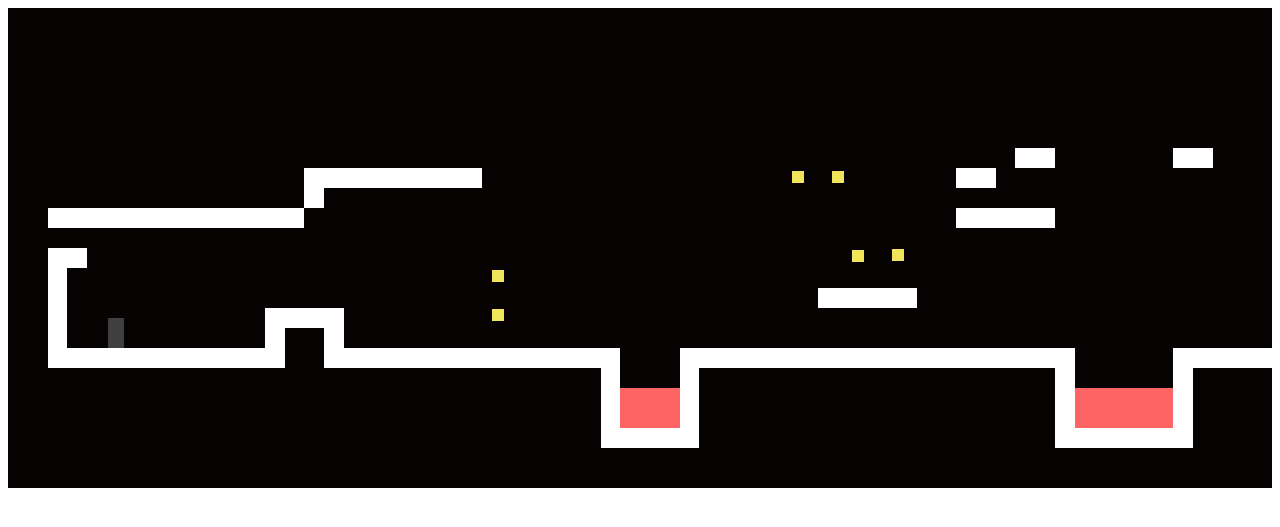
Repository: luccas-teddy/examenlucas
Page: index.html
An editor plug-in stored every save of this project. The page is shown before and after the next save, followed by the edit.
The browser window is 1280 px wide. The pictures show the whole page.

Above is the page before, as saved 2021-02-11 22:08:34.

### index.html
<!doctype html>
<script src="code/chapter/16_game.js"></script>
<script src="code/levels.js"></script>

<link rel="stylesheet" href="css/game.css">

<body>
  <script>
    runGame(GAME_LEVELS, DOMDisplay);
  </script>
</body>

### code/levels.js
var GAME_LEVELS = [`
................................................................................
................................................................................
................................................................................
................................................................................
................................................................................
................................................................................
..................................................................###...........
...................................................##......##....##+##..........
...............#########...............o.o......##..................#+++#..
...............#..................................................##+##..........
..#############.................................#####....................#v#....
............................................................................##..
..##......................................o.o................................#..
..#.....................o....................................................#..
..#......................................#####.............................o.#..
..#..........####.......o....................................................#..
..#..@.......#..#................................................#####.......#..
..############..###############...####################.....#######...#########..
..............................#...#..................#.....#....................
..............................#+++#..................#+++++#....................
..............................#+++#..................#+++++#....................
..............................#####..................#######....................
................................................................................
................................................................................
`,`
................................................................................
................................................................................
....###############################.............................................
...##.............................##########################################....
...#.......................................................................##...
...#....o...................................................................#...
...#................................................=.......................#...
...#.o........################...................o..o...........|........o..#...
...#.........................#..............................................#...
...#....o....................##########.....###################....##########...
...#..................................#+++++#.................#....#............
...###############....oo......=o.o.o..#######.###############.#....#............
.....#...............o..o.............#.......#......#........#....#............
.....#....................#############..######.####.#.########....########.....
.....#.............########..............#...........#.#..................#.....
.....#..........####......####...#####################.#..................#.....
.....#........###............###.......................########....########.....
.....#.......##................#########################......#....#............
.....#.......#................................................#....#............
.....###......................................................#....#............
.......#...............o...........................................#............
.......#...............................................o...........#............
.......#########......###.....############.........................##...........
.............#..................#........#####....#######.o.........########....
.............#++++++++++++++++++#............#....#.....#..................#....
.............#++++++++++++++++++#..........###....###...####.o.............#....
.............####################..........#........#......#.....|.........#....
...........................................#++++++++#......####............#....
...........................................#++++++++#.........#........@...#....
...........................................#++++++++#.........##############....
...........................................##########...........................
................................................................................
`,`
......................................#++#........................#######....................................#+#..
......................................#++#.....................####.....####.................................#+#..
......................................#++##########...........##...........##................................#+#..
......................................##++++++++++##.........##.............##...............................#+#..
.......................................##########++#.........#....................................o...o...o..#+#..
................................................##+#.........#.....o...o....................................##+#..
.................................................#+#.........#................................###############++#..
.................................................#v#.........#.....#...#........................++++++++++++++##..
.............................................................##..|...|...|..##............#####################...
..............................................................##+++++++++++##............v........................
...............................................................####+++++####......................................
...............................................#.....#............#######........###.........###..................
...............................................#.....#...........................#.#.........#.#..................
...............................................#.....#.............................#.........#....................
...............................................#.....#.............................##........#....................
...............................................##....#.............................#.........#....................
...............................................#.....#......o..o.....#...#.........#.........#....................
...............#######........###...###........#.....#...............#...#.........#.........#....................
..............##.....##.........#...#..........#.....#.....######....#...#...#########.......#....................
.............##.......##........#.o.#..........#....##...............#...#...#...............#....................
.....@.......#.........#........#...#..........#.....#...............#...#...#...............#....................
....###......#.........#........#...#..........#.....#...............#...#####...######......#....................
....#.#......#.........#.......##.o.##.........#.....#...............#.....o.....#.#.........#....................
++++#.#++++++#.........#++++++##.....##++++++++##....#++++++++++.....#.....=.....#.#.........#....................
++++#.#++++++#.........#+++++##.......##########.....#+++++++##+.....#############.##..o.o..##....................
++++#.#++++++#.........#+++++#....o.................##++++++##.+....................##.....##.....................
++++#.#++++++#.........#+++++#.....................##++++++##..+.....................#######......................
++++#.#++++++#.........#+++++##.......##############++++++##...+..................................................
++++#.#++++++#.........#++++++#########++++++++++++++++++##....+..................................................
++++#.#++++++#.........#++++++++++++++++++++++++++++++++##.....+..................................................
`,`
..............................................................................................................
..............................................................................................................
..............................................................................................................
..............................................................................................................
..............................................................................................................
........................................o.....................................................................
..............................................................................................................
........................................#.....................................................................
........................................#.....................................................................
........................................#.....................................................................
........................................#.....................................................................
.......................................###....................................................................
.......................................#.#.................+++........+++..###................................
.......................................#.#.................+#+........+#+.....................................
.....................................###.###................#..........#......................................
......................................#...#.................#...oooo...#.......###............................
......................................#...#.................#..........#......#+++#...........................
......................................#...#.................############.......###............................
.....................................##...##......#...#......#................................................
......................................#...#########...########..............#.#...............................
......................................#...#...........#....................#+++#..............................
......................................#...#...........#.....................###...............................
.....................................##...##..........#.......................................................
......................................#...#=.=.=.=....#............###........................................
......................................#...#...........#...........#+++#.......................................
......................................#...#....=.=.=.=#.....o......###.......###..............................
.....................................##...##..........#.....................#+++#.............................
..............................o...o...#...#...........#.....#................##v........###...................
......................................#...#...........#..............#.................#+++#..................
.............................###.###.###.###.....o.o..#++++++++++++++#...................v#...................
.............................#.###.#.#.###.#..........#++++++++++++++#........................................
.............................#.............#...#######################........................................
.............................##...........##.........................................###......................
..###.........................#.....#.....#.........................................#+++#................###..
..#.#.........................#....###....#..........................................###.................#.#..
..#...........................#....###....#######........................#####.............................#..
..#...........................#...........#..............................#...#.............................#..
..#...........................##..........#..............................#.#.#.............................#..
..#.......................................#.......|####|....|####|.....###.###.............................#..
..#................###.............o.o....#..............................#.........###.....................#..
..#...............#####.......##..........#.............................###.......#+++#..........#.........#..
..#...............o###o.......#....###....#.............................#.#........###..........###........#..
..#................###........#############..#.oo.#....#.oo.#....#.oo..##.##....................###........#..
..#......@..........#.........#...........#++#....#++++#....#++++#....##...##....................#.........#..
..#############################...........#############################.....################################..
..............................................................................................................
..............................................................................................................
`,`
..................................................................................................###.#.......
......................................................................................................#.......
..................................................................................................#####.......
..................................................................................................#...........
..................................................................................................#.###.......
..........................o.......................................................................#.#.#.......
.............................................................................................o.o.o###.#.......
...................###................................................................................#.......
.......+..o..+................................................#####.#####.#####.#####.#####.#####.#####.......
.......#.....#................................................#...#.#...#.#...#.#...#.#...#.#...#.#...........
.......#=.o..#............#...................................###.#.###.#.###.#.###.#.###.#.###.#.#####.......
.......#.....#..................................................#.#...#.#...#.#...#.#...#.#...#.#.....#.......
.......+..o..+............o..................................####.#####.#####.#####.#####.#####.#######.......
..............................................................................................................
..........o..............###..............................##..................................................
..............................................................................................................
..............................................................................................................
......................................................##......................................................
...................###.........###............................................................................
..............................................................................................................
..........................o.....................................................#......#......................
..........................................................##.....##...........................................
.............###.........###.........###.................................#..................#.................
..............................................................................................................
.................................................................||...........................................
..###########.................................................................................................
..#.........#.o.#########.o.#########.o.##................................................#...................
..#.........#...#.......#...#.......#...#.................||..................#.....#.........................
..#..@......#####...o...#####...o...#####.....................................................................
..#######.....................................#####.......##.....##.....###...................................
........#=..................=................=#...#.....................###...................................
........#######################################...#+++++++++++++++++++++###+++++++++++++++++++++++++++++++++++
..................................................############################################################
..............................................................................................................
`];

if (typeof module != "undefined" && module.exports && (typeof window == "undefined" || window.exports != exports))
  module.exports = GAME_LEVELS;
if (typeof global != "undefined" && !global.GAME_LEVELS)
  global.GAME_LEVELS = GAME_LEVELS;

### css/game.css
.background    { background-color:rgb(8, 3, 3)
}

 .background     {background: rgb (55, 167, 250) rgb
                  background-image: url(bosque.jpg);
                  background-repeat: no-repeat;
                  background-size: cover ;
                   table-layout: fixed;
                   border-spacing: 0;   }

.background td   { padding: 0;   }
.lava            { background: rgb(255, 100, 100); }
.wall            { background: rgb(255, 255, 255);   }

.actor  { position: absolute;  }

.coin   { background: rgb(241, 229, 89); }
.player { background: rgb(64, 64, 64); }

.game {
  overflow: hidden;
  max-width: 1500px;
  max-height: 820px;
  position: relative;
}

.lost .player {
  background: rgb(160, 64, 64);
}
.won .player {
  box-shadow: -4px -7px 8px white, 4px -7px 8px white;
}

Loaded but not shown: code/chapter/16_game.js (359 lines, source omitted)

After the next save:
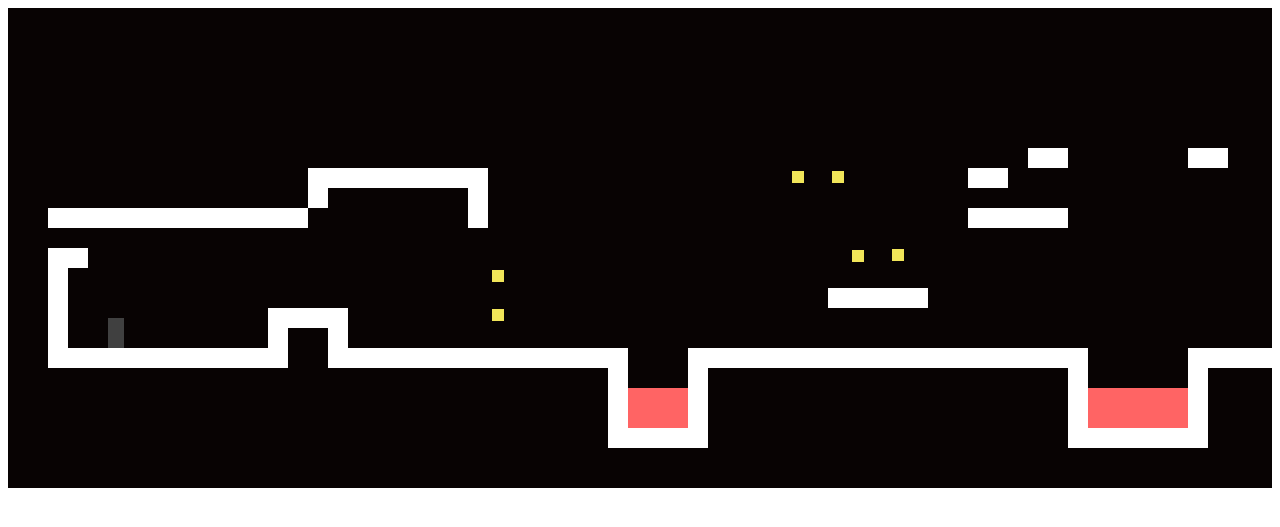
Saved 44 s later.
--- a/code/levels.js
+++ b/code/levels.js
@@ -7,9 +7,9 @@ var GAME_LEVELS = [`
 ................................................................................
 ..................................................................###...........
 ...................................................##......##....##+##..........
-...............#########...............o.o......##..................#+++#..
-...............#..................................................##+##..........
-..#############.................................#####....................#v#....
+...............#########...............o.o......##..................#+++#.......
+...............#.......#..........................................##+##.........
+..#############........#........................#####....................#v#....
 ............................................................................##..
 ..##......................................o.o................................#..
 ..#.....................o....................................................#..
